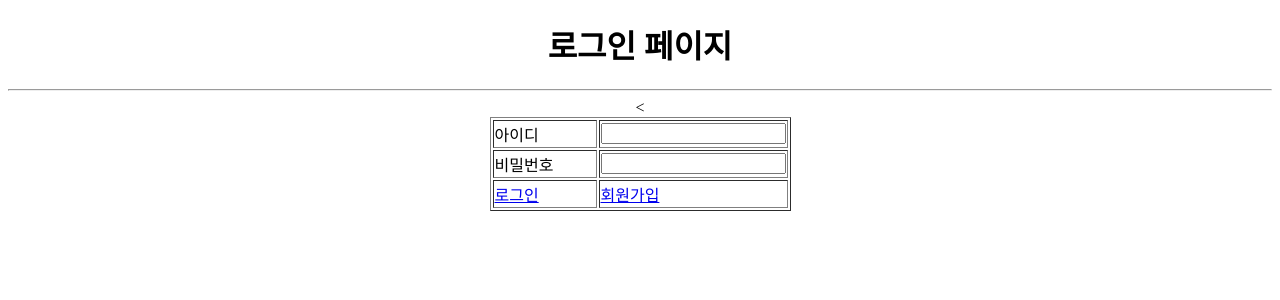
Repository: gunvv00/jsp
Page: http://localhost/DBtest/회원가입DB사용/Login.jsp
These files come from the project's save history. The page is drawn as it stood at one moment and after the next save; the edit follows.
The browser window is 1280 px wide. The pictures show the whole page.
The page is served by Tomcat 9.

Above is the page before, as saved 2020-04-24 03:17:14.

### DBtest/WebContent/회원가입DB사용/Login.jsp
<%@ page language="java" contentType="text/html; charset=UTF-8"
    pageEncoding="UTF-8"%>
<%request.setCharacterEncoding("UTF-8"); %>

<%

String admin = "admin";
String adminPw = "1234";
session.setAttribute("admin", admin);
session.setAttribute("adminPw", adminPw);

%>
<!DOCTYPE html>
<html>
<head>
<meta charset="UTF-8">
<title>Insert title here</title>
</head>
<body>
<h1 align="center">로그인 페이지</h1>
<hr>

<div align="center">
<table border="1">
<
	<tr>
		<td width="100">아이디</td>
		<td width="100"><input type="text" name = "id"></td>
	</tr>
	<tr>
		<td>비밀번호</td>
		<td><input type="password" name = passWord></td>
	</tr>
	<tr>
		<td><a href="LoginProcess.jsp" type="submit">로그인</a></td>
		<td><a href="JoinForm.jsp" type="submit">회원가입</a></td>
	</tr>

</table>
</div>

</body>
</html>

After the next save:
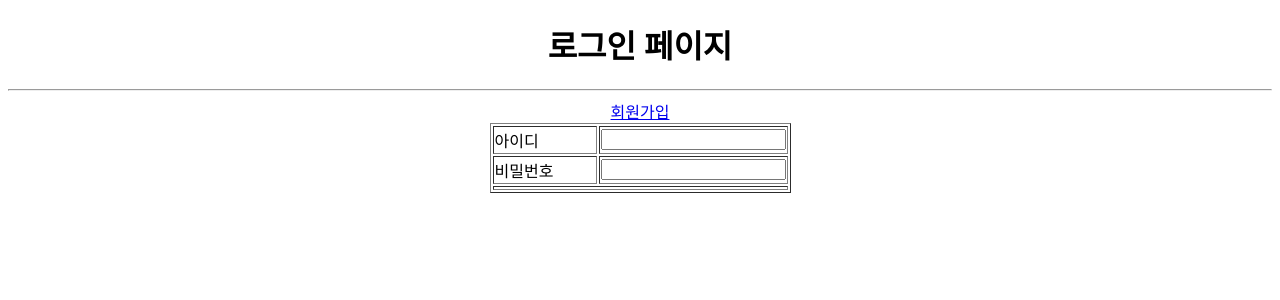
Saved 32 min 58 s later.
--- a/DBtest/WebContent/회원가입DB사용/Login.jsp
+++ b/DBtest/WebContent/회원가입DB사용/Login.jsp
@@ -22,7 +22,7 @@
 
 <div align="center">
 <table border="1">
-<
+<form>
 	<tr>
 		<td width="100">아이디</td>
 		<td width="100"><input type="text" name = "id"></td>
@@ -32,9 +32,10 @@
 		<td><input type="password" name = passWord></td>
 	</tr>
 	<tr>
-		<td><a href="LoginProcess.jsp" type="submit">로그인</a></td>
-		<td><a href="JoinForm.jsp" type="submit">회원가입</a></td>
+		<td colspan="2"><a href="LoginProcess.jsp" type="submit" value = "로그인"></a></td>
 	</tr>
+
+	<a href="JoinForm.jsp" type="submit">회원가입</a>
 
 </table>
 </div>
